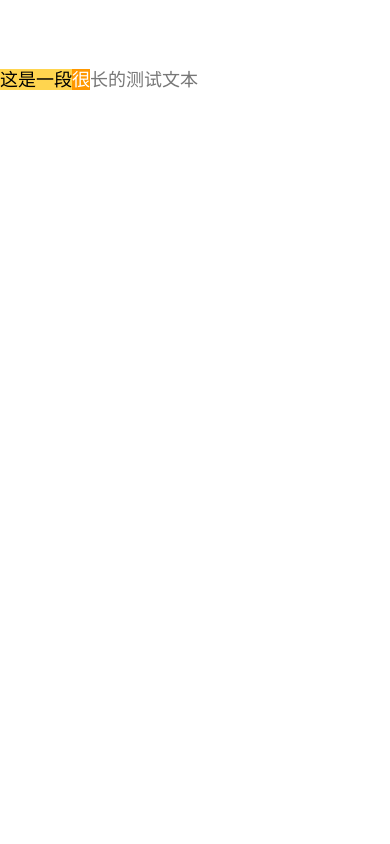
Repository: obstrux/test-vosk
Page: /
An editor plug-in stored every save of this project. The page is shown before and after the next save, followed by the edit.
The browser window is 390 px wide. The pictures show the whole page.
The app was drawn by React Native's web renderer in a window 390 px wide. The project was rebuilt for these pictures with package versions that can differ from the ones it lists, and the page was loaded fresh each time.

Above is the page before, as saved 2025-11-02 21:33:53.

### App.tsx
/**
 * Sample React Native App
 * https://github.com/facebook/react-native
 *
 * @format
 */

import { NewAppScreen } from '@react-native/new-app-screen';
import { StatusBar, StyleSheet, useColorScheme, View } from 'react-native';
import {
  SafeAreaProvider,
  useSafeAreaInsets,
} from 'react-native-safe-area-context';
import ReaderHighlighter from './ReaderHighlighter';
import { useEffect, useState } from 'react';

function App() {
  const isDarkMode = useColorScheme() === 'dark';

  return (
    <SafeAreaProvider>
      <StatusBar barStyle={isDarkMode ? 'light-content' : 'dark-content'} />
      <AppContent />
    </SafeAreaProvider>
  );
}

function AppContent() {
  const safeAreaInsets = useSafeAreaInsets();

  const [fullText, setFullText] = useState('这是一段很长的测试文本');
  const [recognizedText, setRecognizedText] = useState('');

  useEffect(() => {
    const arr = fullText.split('').reverse();
    setTimeout(() => {
      setRecognizedText('段很长的');
    }, 1000);
  }, []);

  return (
    <View style={styles.container}>
      <ReaderHighlighter fullText={fullText} recognizedText={recognizedText} />
    </View>
  );
}

const styles = StyleSheet.create({
  container: {
    flex: 1,
    paddingTop: 64,
  },
});

export default App;

### ReaderHighlighter.tsx
import React, { useRef, useState, useEffect } from 'react';
import { Text, View, ScrollView, StyleSheet } from 'react-native';
import { diff_match_patch } from 'diff-match-patch';

const dmp = new diff_match_patch();

const ReaderHighlighter = ({ fullText, recognizedText }) => {
  const scrollRef = useRef<ScrollView>(null);
  const cursorRef = useRef<Text>(null);
  const [readIndex, setReadIndex] = useState(0);

  console.log(recognizedText);

  useEffect(() => {
    if (!recognizedText) return;
    updateReadIndex(recognizedText);
  }, [recognizedText]);

  // 容错推进匹配
  const updateReadIndex = (recognized: string) => {
    const diff = dmp.diff_main(fullText.slice(readIndex), recognized);
    dmp.diff_cleanupSemantic(diff);

    let matched = 0;
    diff.forEach(([type, value]) => {
      if (type === 0) matched += value.length; // 匹配字数累加
    });

    const newIndex = Math.min(readIndex + matched, fullText.length);
    if (newIndex !== readIndex) {
      setReadIndex(newIndex);
      scrollToReading();
    }
  };

  // 自动滚动到当前阅读位置
  const scrollToReading = () => {
    setTimeout(() => {
      // cursorRef.current?.measureLayout(
      //   scrollRef.current.getScrollableNode(),
      //   (x, y) => {
      //     scrollRef.current?.scrollTo({ y: y - 100, animated: true });
      //   },
      // );
    }, 50);
  };

  return (
    <ScrollView ref={scrollRef} style={styles.container}>
      <Text style={styles.text}>
        <Text style={styles.read}>{fullText.slice(0, readIndex)}</Text>

        <Text ref={cursorRef} style={styles.playing}>
          {fullText[readIndex] || ''}
        </Text>

        <Text style={styles.unread}>{fullText.slice(readIndex + 1)}</Text>
      </Text>
    </ScrollView>
  );
};

const styles = StyleSheet.create({
  container: { flex: 1 },
  text: { fontSize: 18, lineHeight: 32 },
  read: { backgroundColor: '#FFD54F' },
  playing: { backgroundColor: '#FF9800', color: '#fff' },
  unread: { color: '#777' },
});

export default ReaderHighlighter;

After the next save:
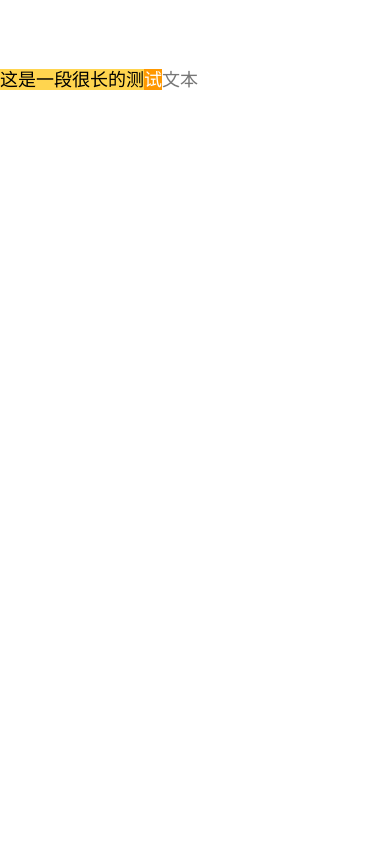
Saved 6 s later.
--- a/App.tsx
+++ b/App.tsx
@@ -34,7 +34,7 @@
   useEffect(() => {
     const arr = fullText.split('').reverse();
     setTimeout(() => {
-      setRecognizedText('段很长的');
+      setRecognizedText('段很长的测试文本');
     }, 1000);
   }, []);
 

After the save that followed:
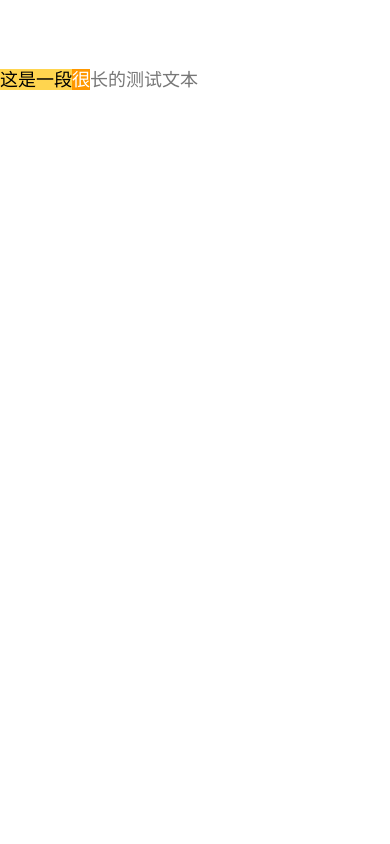
Saved 17 s later.
--- a/App.tsx
+++ b/App.tsx
@@ -34,7 +34,7 @@
   useEffect(() => {
     const arr = fullText.split('').reverse();
     setTimeout(() => {
-      setRecognizedText('段很长的测试文本');
+      setRecognizedText('测试文本');
     }, 1000);
   }, []);
 
